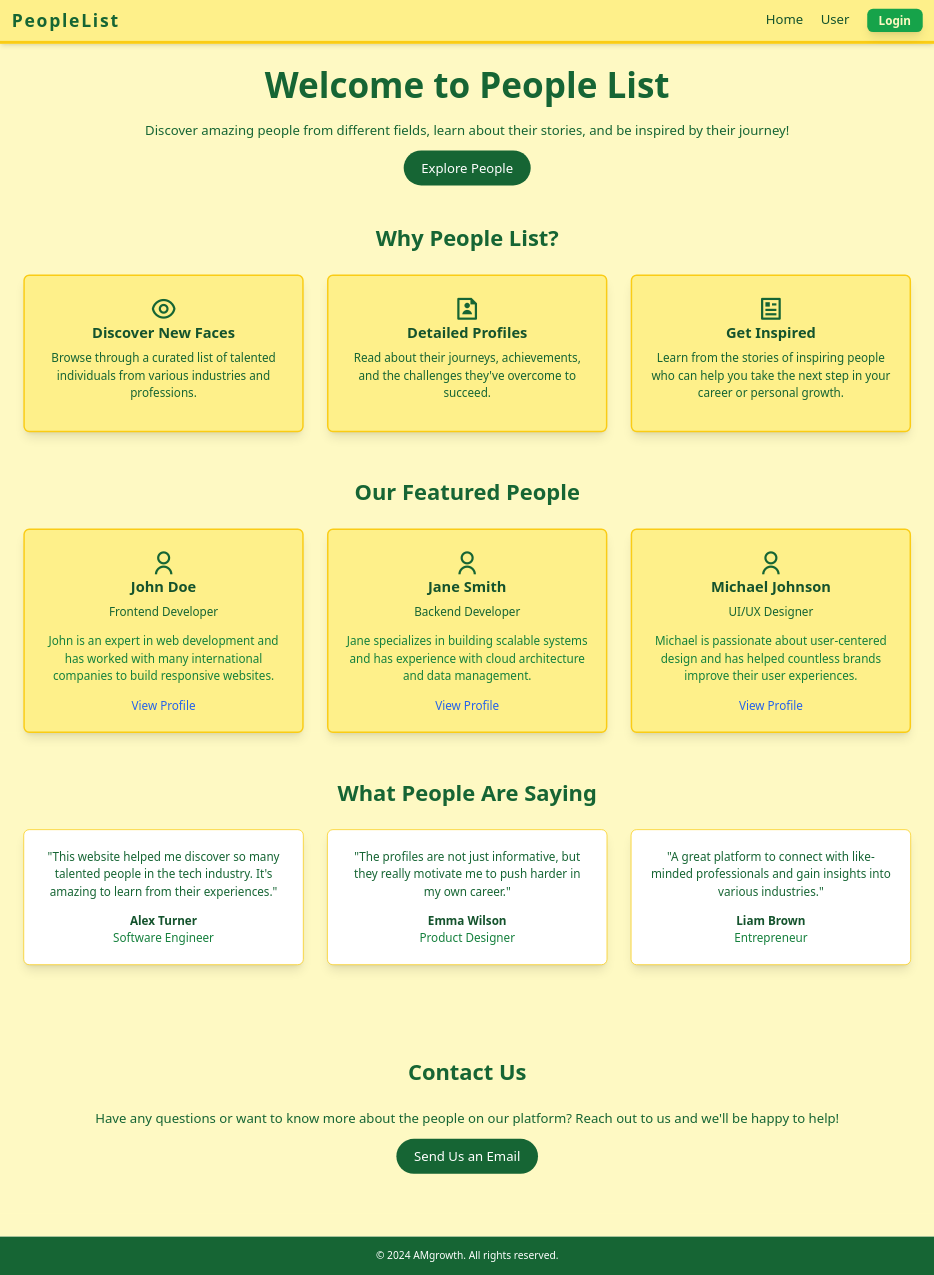
Repository: ArievfRahman-Dev/Mini-Project-II
Page: / (app in miniproject2/)
An editor plug-in stored every save of this project. The page is shown before and after the next save, followed by the edit.
The browser window is 1280 px wide. The pictures show the whole page, at 73% of full size.
The page's requests for data from a server got no answer. The project was rebuilt for these pictures with package versions that can differ from the ones it lists, and the page was loaded fresh each time. No one was signed in, and anything a server would have sent is missing. Also part of the build but not shown: miniproject2/vite.config.js, miniproject2/src/pages/DetailUser/index.jsx, miniproject2/src/pages/LoginPage/index.jsx, miniproject2/src/pages/RegisterPages/index.jsx, miniproject2/src/routes/ProtectedRoute.jsx.

Above is the page before, as saved 2024-12-24 12:29:59.

After the next save:
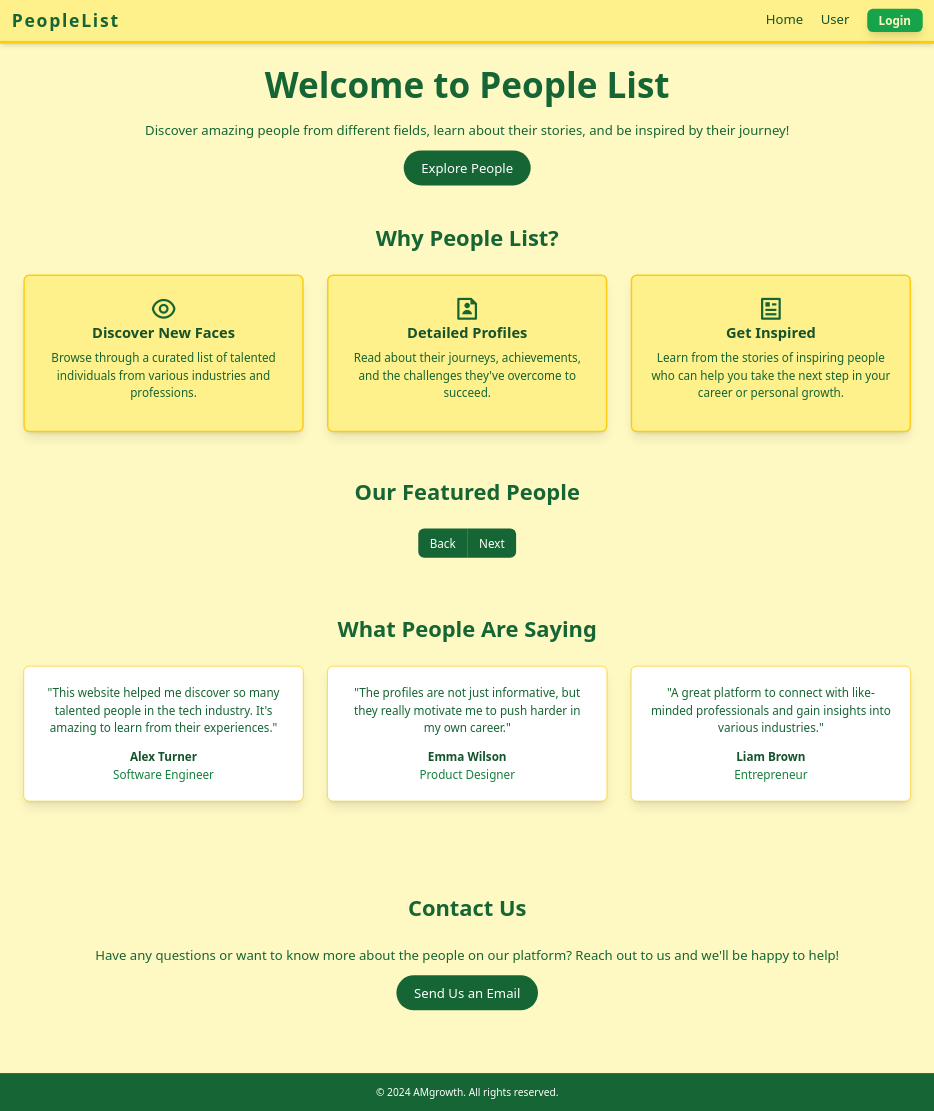
Saved 73 s later.
--- a/miniproject2/src/pages/HomePage/index.jsx
+++ b/miniproject2/src/pages/HomePage/index.jsx
@@ -95,52 +95,44 @@ export const HomePage = () => {
           <h2 className="text-3xl font-semibold text-green-800 mb-8 text-center">
             Our Featured People
           </h2>
-          <div className="grid grid-cols-1 md:grid-cols-2 lg:grid-cols-3 gap-8">
-            {/* Person 1 */}
-            <div className="bg-yellow-200 border-2 border-yellow-400 rounded-lg p-6 shadow-lg text-center">
-              <i className="ri-user-line text-4xl text-green-800 mb-4"></i>
-              <h3 className="text-xl font-semibold text-green-900 mb-2">
-                John Doe
-              </h3>
-              <p className="text-green-800 mb-4">Frontend Developer</p>
-              <p className="text-green-700 mb-4">
-                John is an expert in web development and has worked with many
-                international companies to build responsive websites.
-              </p>
-              <a href="#" className="text-blue-600 hover:underline">
-                View Profile
-              </a>
-            </div>
-            {/* Person 2 */}
-            <div className="bg-yellow-200 border-2 border-yellow-400 rounded-lg p-6 shadow-lg text-center">
-              <i className="ri-user-line text-4xl text-green-800 mb-4"></i>
-              <h3 className="text-xl font-semibold text-green-900 mb-2">
-                Jane Smith
-              </h3>
-              <p className="text-green-800 mb-4">Backend Developer</p>
-              <p className="text-green-700 mb-4">
-                Jane specializes in building scalable systems and has experience
-                with cloud architecture and data management.
-              </p>
-              <a href="#" className="text-blue-600 hover:underline">
-                View Profile
-              </a>
-            </div>
-            {/* Person 3 */}
-            <div className="bg-yellow-200 border-2 border-yellow-400 rounded-lg p-6 shadow-lg text-center">
-              <i className="ri-user-line text-4xl text-green-800 mb-4"></i>
-              <h3 className="text-xl font-semibold text-green-900 mb-2">
-                Michael Johnson
-              </h3>
-              <p className="text-green-800 mb-4">UI/UX Designer</p>
-              <p className="text-green-700 mb-4">
-                Michael is passionate about user-centered design and has helped
-                countless brands improve their user experiences.
-              </p>
-              <a href="#" className="text-blue-600 hover:underline">
-                View Profile
-              </a>
-            </div>
+          <div className="flex justify-center mb-4">
+            <button
+              onClick={handleBack}
+              disabled={page === 1}
+              className="px-4 py-2 text-white bg-green-600 rounded-l-lg disabled:bg-green-800 hover:bg-green-700"
+            >
+              Back
+            </button>
+            <button
+              onClick={handleNext}
+              disabled={page === totalPages}
+              className="px-4 py-2 text-white bg-green-600 rounded-r-lg disabled:bg-green-800 hover:bg-green-700"
+            >
+              Next
+            </button>
+          </div>
+          <div className="grid grid-cols-1 gap-6 sm:grid-cols-2 md:grid-cols-3">
+            {data.map((user) => (
+              <div
+                key={user.id}
+                className="flex flex-col items-center p-4 text-center bg-yellow-200 border-2 border-yellow-400 rounded-lg shadow-lg"
+              >
+                <img
+                  src={user.avatar}
+                  alt="User Avatar"
+                  className="w-24 h-24 mb-4 border-4 border-green-800 rounded-full"
+                />
+                <p className="text-lg font-bold text-green-900 retro-font">
+                  {user.first_name} {user.last_name}
+                </p>
+                <p className="text-green-800">{user.email}</p>
+                <Link to={`/detail/${user.id}`}>
+                  <button className="px-4 py-1 mt-2 font-semibold text-yellow-100 transition-colors bg-green-600 rounded-lg shadow-lg  hover:bg-green-800 retro-font">
+                    Detail User
+                  </button>
+                </Link>
+              </div>
+            ))}
           </div>
         </div>
 
